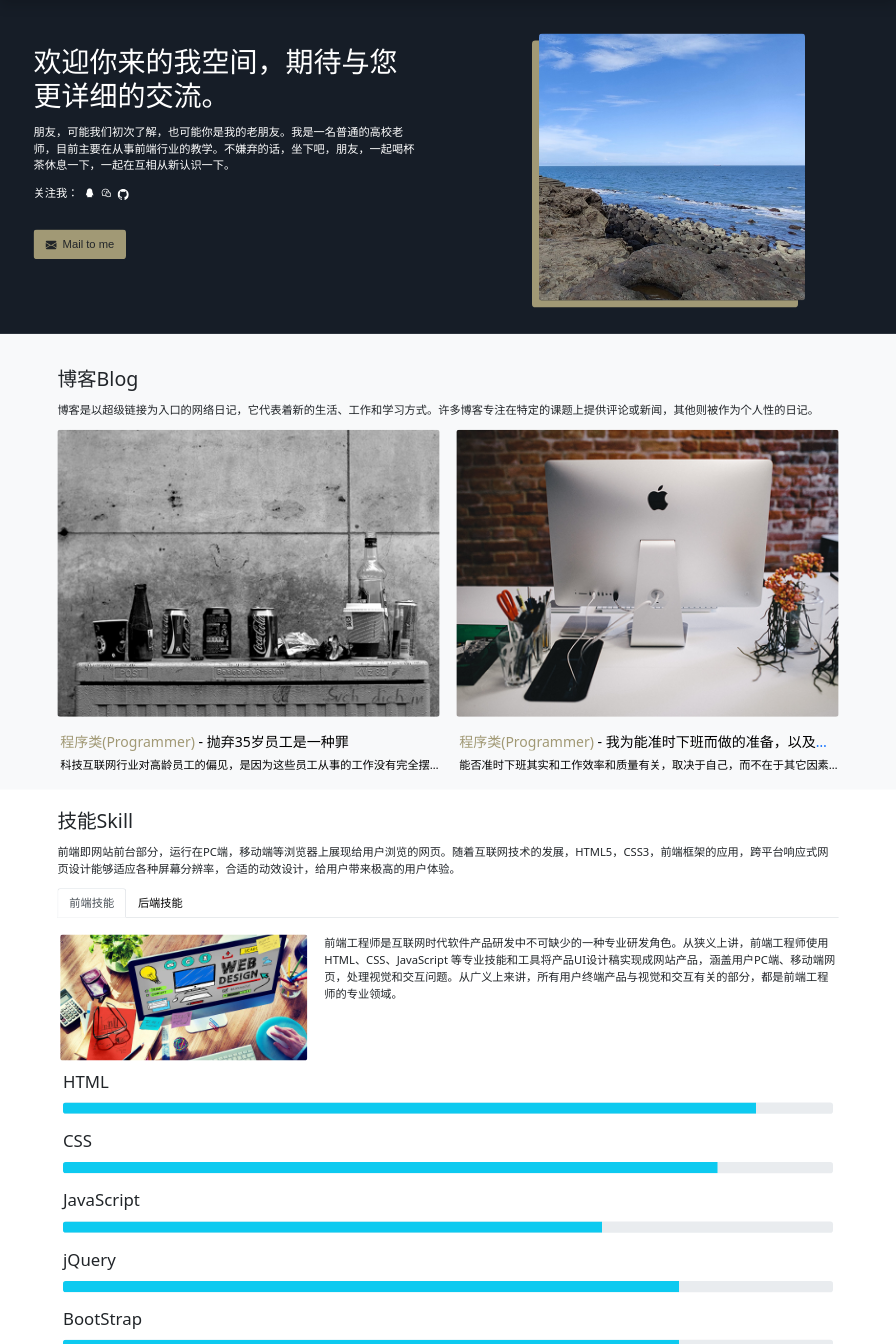
Repository: herjuandlonely/github.io
Page: index.html
An editor plug-in stored every save of this project. The page is shown before and after the next save, followed by the edit.
The browser window is 1280 px wide. The pictures show the part of the page from y = 0 to 1920 px (the page is 3649 px tall before and 3638 px after), at 70% of full size.

Above is the page before, as saved 2022-06-29 14:19:40.

### index.html
<!DOCTYPE html>
<html lang="en">
<head>
    <meta charset="UTF-8">
    <meta http-equiv="X-UA-Compatible" content="IE=edge">
    <meta name="viewport" content="width=device-width, initial-scale=1.0">
    <link rel="stylesheet" href="./bootstrap-4.6.1-dist/css/bootstrap.min.css">
    <link rel="stylesheet" href="./CSS/index.css">
    <link rel="stylesheet" href="./CSS/normalize.css">
    <link rel="stylesheet" href="./icon/font_3484823_t6q6q64gri/iconfont.css">
    <script src="./bootstrap-4.6.1-dist/js/bootstrap.bundle.min.js"></script>
    <title>Herju的个人网站</title>
</head>
<body class=" bg-light"  data-bs-spy="scroll" data-bs-target=".navbar">
    <!-- nav start -->
    <div class="container-fluid px-0 shadow navbarControl">
        <nav class="navbar navbar-expand-md navbar-dark navbarBg">
            <div class="container-fluid px-4">
                <a class="navbar-brand ms-4" herf="#">
                    Herju's Home
                </a>
                <button class="navbar-toggler" data-bs-toggle="collapse" data-bs-target="#foldBtn">
                    <span class="navbar-toggler-icon"></span>
                </button>
                <div class="collapse navbar-collapse" id="foldBtn">
                    <ul class="navbar-nav ms-auto me-4">
                        <li class="nav-item text-center">
                            <a class="nav-link fw-lighter" href="#bk">博客 Blog</a>
                        </li>
                        <li class="nav-item text-center">
                            <a class="nav-link fw-lighter" href="#jn">技能 Skill</a>
                        </li>
                        <li class="nav-item text-center">
                            <a class="nav-link fw-lighter" href="#ab">关于 About</a>
                        </li>
                        <li class="nav-item text-center">
                            <a class="nav-link fw-lighter" href="#lx">联系我 Call</a>
                        </li>
                    </ul>
                </div>
            </div>
        </nav>
    </div>
    <!-- nav end -->

    <!-- banner start -->
    <div class="container-fluid navbarBg">
        <div class="row">
            <div class="col-12 col-md-6 text-white p-5 pb-0 pb-md-5">
                <h1 style="font-size: 2.5rem;" class="my-3">欢迎你来的我空间，期待与您更详细的交流。</h1>
                <p class=" fw-lighter">朋友，可能我们初次了解，也可能你是我的老朋友。我是一名普通的高校老师，目前主要在从事前端行业的教学。不嫌弃的话，坐下吧，朋友，一起喝杯茶休息一下，一起在互相从新认识一下。</p>
                <ul class=" list list-unstyled d-flex align-items-center">
                    <li class="me-2">关注我：</li>
                    <li class="me-2 position-relative fs-6 banner-icon-qq">
                        <a href="#" class="text-white text-decoration-none">
                            <i class="iconfont icon-QQ"></i>
                        </a>
                        <img src="./image/QQ2.png" class="img-QQ">
                    </li>
                    <li class="me-2 position-relative fs-6 banner-icon-wx">
                        <a href="#" class="text-white text-decoration-none ">
                            <i class="iconfont icon-weixin"></i>
                        </a>
                        <img src="./image/wx2.png" class="img-WX">
                    </li>
                    <li class=" fs-6">
                        <a href="https://github.com/herjuandlonely" class="text-white text-decoration-none" target="_blank">
                            <svg xmlns="http://www.w3.org/2000/svg" width="16" height="16" fill="currentColor" class="bi bi-github" viewBox="0 0 16 16">
                                <path d="M8 0C3.58 0 0 3.58 0 8c0 3.54 2.29 6.53 5.47 7.59.4.07.55-.17.55-.38 0-.19-.01-.82-.01-1.49-2.01.37-2.53-.49-2.69-.94-.09-.23-.48-.94-.82-1.13-.28-.15-.68-.52-.01-.53.63-.01 1.08.58 1.23.82.72 1.21 1.87.87 2.33.66.07-.52.28-.87.51-1.07-1.78-.2-3.64-.89-3.64-3.95 0-.87.31-1.59.82-2.15-.08-.2-.36-1.02.08-2.12 0 0 .67-.21 2.2.82.64-.18 1.32-.27 2-.27.68 0 1.36.09 2 .27 1.53-1.04 2.2-.82 2.2-.82.44 1.1.16 1.92.08 2.12.51.56.82 1.27.82 2.15 0 3.07-1.87 3.75-3.65 3.95.29.25.54.73.54 1.48 0 1.07-.01 1.93-.01 2.2 0 .21.15.46.55.38A8.012 8.012 0 0 0 16 8c0-4.42-3.58-8-8-8z"/>
                            </svg>
                        </a>
                    </li>
                </ul>
                <button class="btn fw-lighter text-dark mt-4 mb-md-5 mb-0 btn-lg fs-6" style="background-color: #a19975;">
                    <svg xmlns="http://www.w3.org/2000/svg" width="16" height="16" fill="currentColor" class="bi bi-envelope-fill me-1" viewBox="0 0 16 16">
                        <path d="M.05 3.555A2 2 0 0 1 2 2h12a2 2 0 0 1 1.95 1.555L8 8.414.05 3.555ZM0 4.697v7.104l5.803-3.558L0 4.697ZM6.761 8.83l-6.57 4.027A2 2 0 0 0 2 14h12a2 2 0 0 0 1.808-1.144l-6.57-4.027L8 9.586l-1.239-.757Zm3.436-.586L16 11.801V4.697l-5.803 3.546Z"/>
                      </svg>
					Mail to me
                </button>
            </div>
            <div class="col-12 col-md-6 p-5 bannerImg d-flex justify-content-center">
                <img src="./image/IMG_20220625_204302.jpg" class=" img-fluid rounded-3" style="width: 70%;">
            </div>
        </div>
    </div>
    <!-- banner start -->

    <!-- Blog start -->
    <div class="container pt-5 pb-2">
        <h3 id="bk">博客<span class=" fw-lighter">Blog</span></h3>
        <p class=" fw-lighter mt-3">
            博客是以超级链接为入口的网络日记，它代表着新的生活、工作和学习方式。许多博客专注在特定的课题上提供评论或新闻，其他则被作为个人性的日记。
        </p>
        <div class="row">
            <div class="col-md-6 col-12">
                <a href="https://www.cnblogs.com/zhengyun_ustc/p/35_years_old.html" class=" text-decoration-none blog-text" target="_blank">
                    <img src="./image/piqsels.com-id-fggmp.png" class=" w-100 rounded-2">
                    <h5 class=" mt-4 ms-1">
                        <span style="color: #a19975;">程序类(Programmer)</span><span class=" fw-normal blog-text-title"> - 抛弃35岁员工是一种罪</span>
                    </h5>
                    <p class="mt-2 ms-1 fw-lighter text-truncate">科技互联网行业对高龄员工的偏见，是因为这些员工从事的工作没有完全摆脱劳动密集型的本质。</p>
                </a>
            </div>
            <div class="col-md-6 col-12 mt-4 mt-md-0">
                <a href="https://www.cnblogs.com/JavaArchitect/p/11062713.html" class=" text-decoration-none blog-text" target="_blank">
                    <img src="./image/piqsels.com-id-szhul.png" class=" w-100 rounded-2">
                    <h5 class=" mt-4 ms-1 text-truncate">
                        <span style="color: #a19975;">程序类(Programmer)</span><span class=" fw-normal blog-text-title"> - 我为能准时下班而做的准备，以及由此的收获，同时总结下不足</span>
                    </h5>
                    <p class="mt-2 ms-1 fw-lighter text-truncate">能否准时下班其实和工作效率和质量有关，取决于自己，而不在于其它因素。</p>
                </a>
            </div>
        </div>
    </div>
    <!-- Blog start -->

    <!-- Skill start -->
    <div class="container-fluid bg-white pt-4 pb-5">
        <div class="container mt-1">
            <h3 id="jn">技能<span class=" fw-lighter">Skill</span></h3>
            <p class=" fw-lighter mt-3">
                前端即网站前台部分，运行在PC端，移动端等浏览器上展现给用户浏览的网页。随着互联网技术的发展，HTML5，CSS3，前端框架的应用，跨平台响应式网页设计能够适应各种屏幕分辨率，合适的动效设计，给用户带来极高的用户体验。
            </p>
            <!-- 选项卡 -->
            <nav class="nav nav-tabs navtab-text">
                <a href="#start-skill" class="nav-link active" data-bs-toggle="tab">前端技能</a>
                <a href="#end-skill" class="nav-link" data-bs-toggle="tab">后端技能</a>
            </nav>
            <div class="tab-content mt-4 px-1">
                <div class="tab-pane fade show active" id="start-skill">
                    <div class="row">
                        <div class="col-lg-4 col-12">
                            <img src="./image/src=http___inews.gtimg.com_newsapp_match_0_8574056547_0.jpg&refer=http___inews.gtimg.jpeg" class="w-100 rounded-2">
                        </div>
                        <div class="col-lg-8 col-12 mt-3 mt-lg-0">
                            <p>前端工程师是互联网时代软件产品研发中不可缺少的一种专业研发角色。从狭义上讲，前端工程师使用 HTML、CSS、JavaScript 等专业技能和工具将产品UI设计稿实现成网站产品，涵盖用户PC端、移动端网页，处理视觉和交互问题。从广义上来讲，所有用户终端产品与视觉和交互有关的部分，都是前端工程师的专业领域。</p>
                        </div>
                    </div>
                    <div class="px-1">
                        <h4 class="mt-3">HTML</h4>
                        <div class="progress mt-3">
                            <div class="progress-bar bg-info" style="width: 90%;"></div>
                        </div>
                        <h4 class="mt-4">CSS</h4>
                        <div class="progress mt-3">
                            <div class="progress-bar bg-info" style="width: 85%;"></div>
                        </div>
                        <h4 class="mt-4">JavaScript</h4>
                        <div class="progress mt-3">
                            <div class="progress-bar bg-info" style="width: 70%;"></div>
                        </div>
                        <h4 class="mt-4">jQuery</h4>
                        <div class="progress mt-3">
                            <div class="progress-bar bg-info" style="width: 80%;"></div>
                        </div>
                        <h4 class="mt-4">BootStrap</h4>
                        <div class="progress mt-3">
                            <div class="progress-bar bg-info" style="width: 80%;"></div>
                        </div>
                        <h4 class="mt-4">Vue</h4>
                        <div class="progress mt-3">
                            <div class="progress-bar bg-info" style="width: 60%;"></div>
                        </div>
                    </div>
                </div>
                <div class="tab-pane fade" id="end-skill">
                    <div class="row">
                        <div class="col-lg-4 col-12">
                            <img src="./image/piqsels.com-id-szhul.png" class="w-100 rounded-2">
                        </div>
                        <div class="col-lg-8 col-12 mt-3 mt-lg-0">
                            <p>后端工程师隶属于软件研发工程师，是从事软件开发相关工作人员，其主要职责是平台设计、接口设计和功能实现。后端的工程师只负责提供接口和数据,专注于业务逻辑的实现,前端取到数据后在浏览器中展示,各司其职。在公司内，主要的内容负责后台内容的编写。</p>
                        </div>
                    </div>
                    <div class="px-1">
                        <h4 class="mt-3">Node.JS</h4>
                        <div class="progress mt-3">
                            <div class="progress-bar bg-info" style="width: 80%;"></div>
                        </div>
                    </div>
                </div>
            </div>
        </div>
    </div>
    <!-- Skill end -->

    <!-- 关于我 start -->
    <div class="container-fluid bg-light my-5">
        <div class="container">
            <h3 id="ab">
                关于我<span class=" fw-lighter">About</span>
            </h3>
            <p class=" fw-lighter mt-3">
                个人简历是求职者给招聘单位发的一份简要介绍。包含自己的基本信息：姓名、性别、年龄、民族、籍贯、政治面貌、学历、联系方式，以及自我评价、工作经历、学习经历、荣誉与成就、求职愿望、对这份工作的简要理解等等。以简洁重点为最佳标准。
            </p>
            <div class=" w-100 p-5 bg-white border shadow mt-5 row ms-0">
                <div class="col-md-3 col-12 ">
                    <div class=" text-center">
                        <div class="w-100">
                            <img src="./image/psc.jpg" class=" w-50 rounded-3 shadow" />
                        </div>
                        <div class="badge rounded-pill bg-info">
                            前端工程师
                        </div>
                    </div>
                </div>
                <div class="col-md-9 col-12 mt-3 mt-md-0">
                    <h3 class=" text-center text-md-start">何亚Herju</h3>
                    <hr class=" mt-1 mb-2">
                    <p>
                        何亚，英文名Herju，一般通过转行前端工程师。
                        <br>
                        曾在百度、时趣、乐视等公司担任过高级前端（软件）开发工程师。后在北京一所当地大学任教，主要职务是教学主任。因为本身也是一名IT技术人员，所以非常关注网站制作与最新技术发展。
                        <br>
                        从2009年开始接触前端技术并时常的在一些地方发表一些技术研究文章。文章包含非常广泛，涉及新的一些JavaScript技术、新的CSS样式解析、小游戏开发。
                        <br>
                        精通UI设计、Node.JS、PHP、Python、SQL、前端开发多种技术，曾为百度七巧板框架的研发成员。曾参与数个超大规模数据挖掘技术、构建和运营、长期参与一线项目开发和项目管控，拥有企业级系统开发经验，对HTML5移动端互联网技术及生态体系有深刻理解，并且完成《北京CED互联网人才岗位技能蓝皮书》的前端部分的编写。
                    </p>
                </div>
            </div>
        </div>
    </div>
    <!-- 关于我 end -->

    <!-- 联系我 start -->
    <div class="container-fluid py-5 bg-white">
        <div class="container">
            <h3 id="lx">
                联系我<span class=" fw-lighter">Call</span>
            </h3>
            <p class=" fw-lighter mt-3 mb-5">
                我知道你一定有很多话想跟我说，无论是学习的，还是其他方面的，只要你有问题，就可以发送给我，我会尽可能与你联系。
            </p>
            <div class="row">
                <div class="col-12 col-md-5 order-2 order-md-0 mt-4 mt-md-0">
                    <div class=" d-none d-md-block">
                        <h5>发一封邮件试试</h5>
                        <span class=" fw-lighter">今天第一次刚认识我？没关系，我们已经是朋友了。发个邮件让我知道你来过了。</span>
                    </div>
                    <h5 class="mt-4 mt-md-5">联系方式</h5>
                    <b>Email:</b>
                    <span>1026275854@qq.com</span><br>
                    <b>Phone:</b>
                    <span>13724043160</span><br>
                    <b>QQ:</b>
                    <span>1026275854</span><br>
                    <b>微信:</b>
                    <span>13724043160</span>
                    <h5 class="mt-4">联系地址</h5>
                    <b>Office:</b>
                    <span>广东省湛江市霞山区</span>
                </div>
                <div class="col-md-7 col-12 border shadow">
                    <form>
                        <div class="row p-5">
                            <div class="col-12 d-block d-md-none mb-4">
                                <h5>发一封邮件试试</h5>
                                <span class=" fw-lighter">今天第一次刚认识我？没关系，我们已经是朋友了。发个邮件让我知道你来过了。</span>
                            </div>
                            <div class="col-6">
                                <label class=" form-label fw-lighter" for="firstNameIput">First Name<span class=" text-danger">*</span></label>
                                <input type="text" required class="form-control" id="firstNameIput" placeholder="First Name"/>
                                <label class=" form-label fw-lighter mt-4" for="email">Email:</label>
                                <input type="text" class="form-control" id="email" placeholder="Email"/>
                            </div>
                            <div class="col-6">
                                <label class=" form-label fw-lighter" for="lastNameIput">Last Name<span class=" text-danger">*</span></label>
                                <input type="text" required class="form-control" id="lastNameIput" placeholder="Last Name"/>
                                <label class=" form-label fw-lighter mt-4" for="phoneIput">Phone Number:</label>
                                <input type="text" class="form-control" id="phoneIput" placeholder="Last Name"/>
                            </div>
                            <div class="col-12 mt-4">
                                <label class=" form-label fw-lighter" for="msgIput">Message<span class=" text-danger">*</span></label>
                                <textarea class=" form-control" required id="msgIput"></textarea>
                                <button class="btn btn-dark mt-4 send" type="submit">发送邮件</button>
                            </div>
                        </div>
                    </form>
                </div>
            </div>
        </div>
    </div>
    <div class="alertAll d-none">
        <div class="alertNode d-block d-md-none">
            <div class="alert alert-dark m-0 p-0 alertNodeContent position-absolute translate-middle top-50 start-50 p-md-5 p-3  fade show alert-dismissible pb-md-3 pb-2 w-75">
                <h3 class=" lh-base mb-0">我已收到您宝贵的建议，非常感谢！</h3>
                <hr class=" m-md-3 m-2 mt-3 mt-md-5">
                <div class="row">
                    <div class="col-6 border-end border-secondary good">
                        <div class=" text-center fs-4 my-0">好的</div>
                    </div>
                    <div class="col-6 cancel">
                        <div class=" text-center fs-4 my-0">取消</div>
                    </div>
                </div>
            </div>
        </div>
        <div class="alertNode d-none d-md-block">
            <div class="alert alert-dark m-0 p-0 alertNodeContent position-absolute translate-middle top-50 start-50 p-md-5 p-3  fade show alert-dismissible">
                <button class=" btn-close d-none d-md-block" data-bs-dismiss="alert"></button>
                <h3 class=" lh-base mb-0">我已收到您宝贵的建议，非常感谢！</h3>
            </div>
        </div>
    </div>
    <!-- 联系我 end -->

    <!-- footer start -->
    <div class="container-fluid navbarBg py-5">
        <div class="container">
            <div class="row">
                <div class="col-md-3 col-12 text-center text-md-start">
                    <ul class=" list-unstyled text-light">
                        <li class=" fw-bold">服务器端支持</li>
                        <li class="mt-2 fw-light"><small>Web端支持</small></li>
                        <li class=" fw-light"><small>Phone端支持</small></li>
                    </ul>
                </div>
                <div class="col-md-3 col-12 text-center text-md-start">
                    <ul class=" list-unstyled text-light">
                        <li class=" fw-bold">功能性模块</li>
                        <li class="mt-2 fw-light"><small>博客Blog</small></li>
                        <li class=" fw-light"><small>技能Skill</small></li>
                        <li class=" fw-light"><small>关于About</small></li>
                        <li class=" fw-light"><small>联系我Call</small></li>
                    </ul>
                </div>
                <div class="col-md-3 col-12 text-center text-md-start">
                    <ul class=" list-unstyled text-light">
                        <li class=" fw-bold">技能支持</li>
                        <li class="mt-2 fw-light"><small>Web前端技术</small></li>
                        <li class=" fw-light"><small>PhotoShop</small></li>
                        <li class=" fw-light"><small>BootStrap 5</small></li>
                    </ul>
                </div>
                <div class="col-md-3 col-12 text-center text-md-start">
                    <ul class=" list-unstyled text-light">
                        <li class=" fw-bold">Herju's Home</li>
                        <li class="mt-2 fw-light"><small>何亚耗时5小时完成的个人网站，希望大家喜欢，这是一个非常不错的项目练习。</small></li>
                    </ul>
                </div>
                <div class="col-12 text-center text-light mt-3">
                    <span>此网站由 何亚Herju © 1997-2022 版权所有</span>
                    <br>
                    <span>工业和信息化部备案管理系统网站</span>
                </div>
            </div>

        </div>
    </div>
    <!-- footer end -->

    <script src="./JS/index.js"></script>
</body>
</html>

### CSS/index.css
.navbarBg{
    background-color: #161d27;
}
.img-QQ{
    width: 10rem;
    height: 10rem;
    position: absolute;
    left: -73px;
    top: 25px;
    display: none;
}
.img-WX{
    width: 10rem;
    height: 10rem;
    position: absolute;
    left: -73px;
    top: 25px;
    display: none;
}
.img-QQ.d-show{
    display: block;
}
.img-WX.d-show{
    display: block;
}
.bannerImg img{
    box-shadow: -10px 10px 0px #a19975;
}
.blog-text-title{
    color: black;
}
.blog-text:hover .blog-text-title{
    color: blue;
}
.blog-text p{
    color: #000;
}
.blog-text:hover p{
    color: blue;
}
.navtab-text a{
    color: #000;
}
.alertNode{
    position: fixed;
    top: 0;
    bottom: 0;
    left: 0;
    right: 0;
    background-color: rgba(0, 0, 0, .7);
    z-index: 999;
}
.alertNode .good{
    cursor: pointer;
}
.alertNode .cancel{
    cursor: pointer;
}
.navbarControl{
    transition: .3s;
    position: fixed;
    top: 0;
    left: 0;
    z-index: 999;
}
.navbarControl.showAndHide{
    top: -56px;
}

### icon/font_3484823_t6q6q64gri/iconfont.css
@font-face {
  font-family: "iconfont"; /* Project id 3484823 */
  src: url('iconfont.woff2?t=1656149880118') format('woff2'),
       url('iconfont.woff?t=1656149880118') format('woff'),
       url('iconfont.ttf?t=1656149880118') format('truetype');
}

.iconfont {
  font-family: "iconfont" !important;
  font-size: 16px;
  font-style: normal;
  -webkit-font-smoothing: antialiased;
  -moz-osx-font-smoothing: grayscale;
}

.icon-QQ:before {
  content: "\e882";
}

.icon-weixin:before {
  content: "\e8bb";
}

Loaded but not shown: bootstrap-4.6.1-dist/css/bootstrap.min.css (library); CSS/normalize.css (library); bootstrap-4.6.1-dist/js/bootstrap.bundle.min.js (library); JS/index.js (97 lines, source omitted)

After the next save:
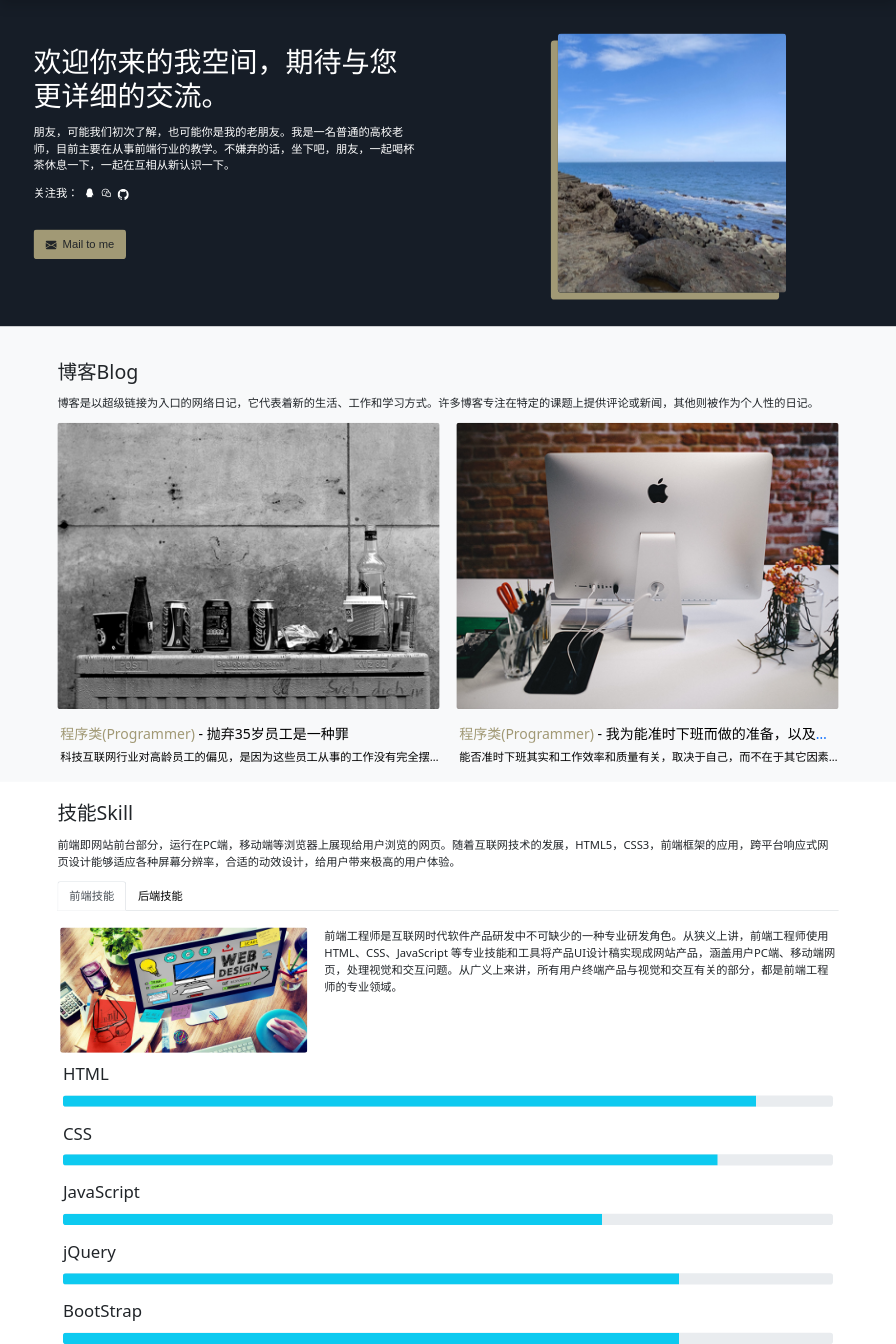
Saved 10 s later.
--- a/index.html
+++ b/index.html
@@ -79,7 +79,7 @@
                 </button>
             </div>
             <div class="col-12 col-md-6 p-5 bannerImg d-flex justify-content-center">
-                <img src="./image/IMG_20220625_204302.jpg" class=" img-fluid rounded-3" style="width: 70%;">
+                <img src="./image/IMG_20220625_204302.jpg" class=" img-fluid rounded-3" style="width: 60%;">
             </div>
         </div>
     </div>
